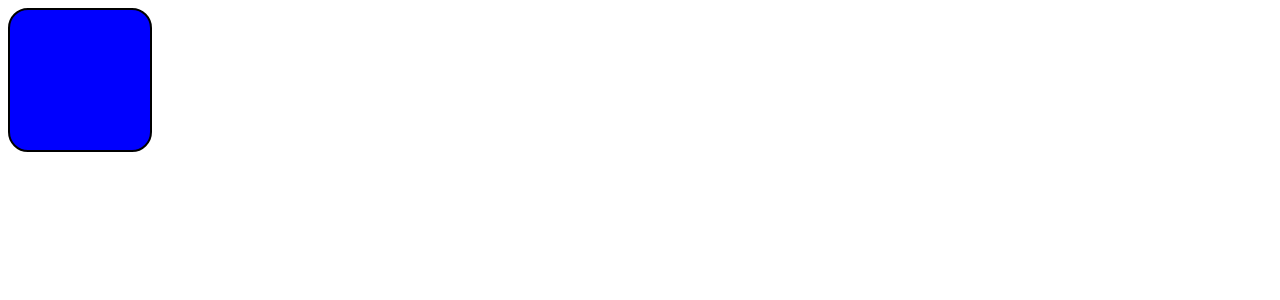
Repository: 16-Doffy/howtouse-htmlcss
Page: box_sizing/index.html
These files come from the project's save history. The page is drawn as it stood at one moment and after the next save; the edit follows.
The browser window is 1280 px wide. The pictures show the whole page.

Above is the page before, as saved 2024-12-20 19:21:14.

After the next save:
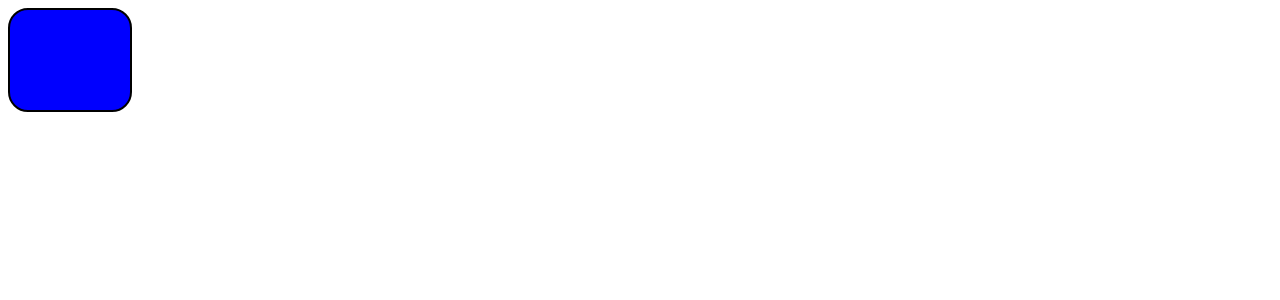
Saved 8 s later.
--- a/box_sizing/styles.css
+++ b/box_sizing/styles.css
@@ -4,5 +4,5 @@
     border-radius: 20px;
     border: 2px solid black;
     background-color: blue;
-    padding: 20px;
+    padding-right: 20px;
 }

After the save that followed:
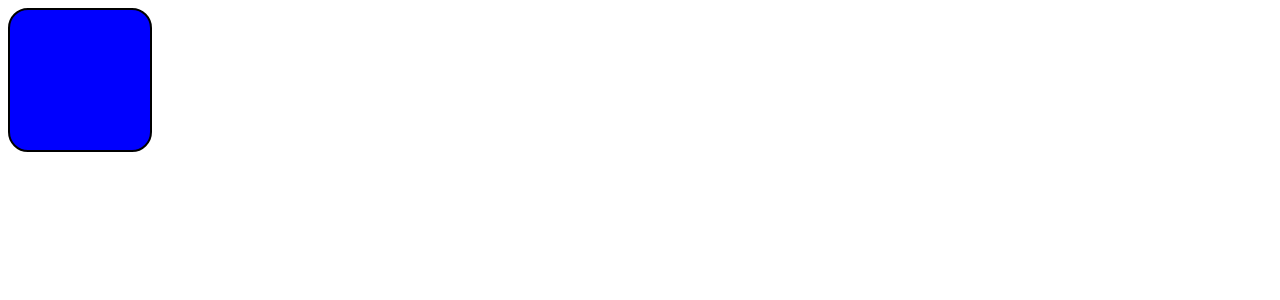
Saved 4 s later.
--- a/box_sizing/styles.css
+++ b/box_sizing/styles.css
@@ -4,5 +4,5 @@
     border-radius: 20px;
     border: 2px solid black;
     background-color: blue;
-    padding-right: 20px;
+    padding: 20px;
 }
